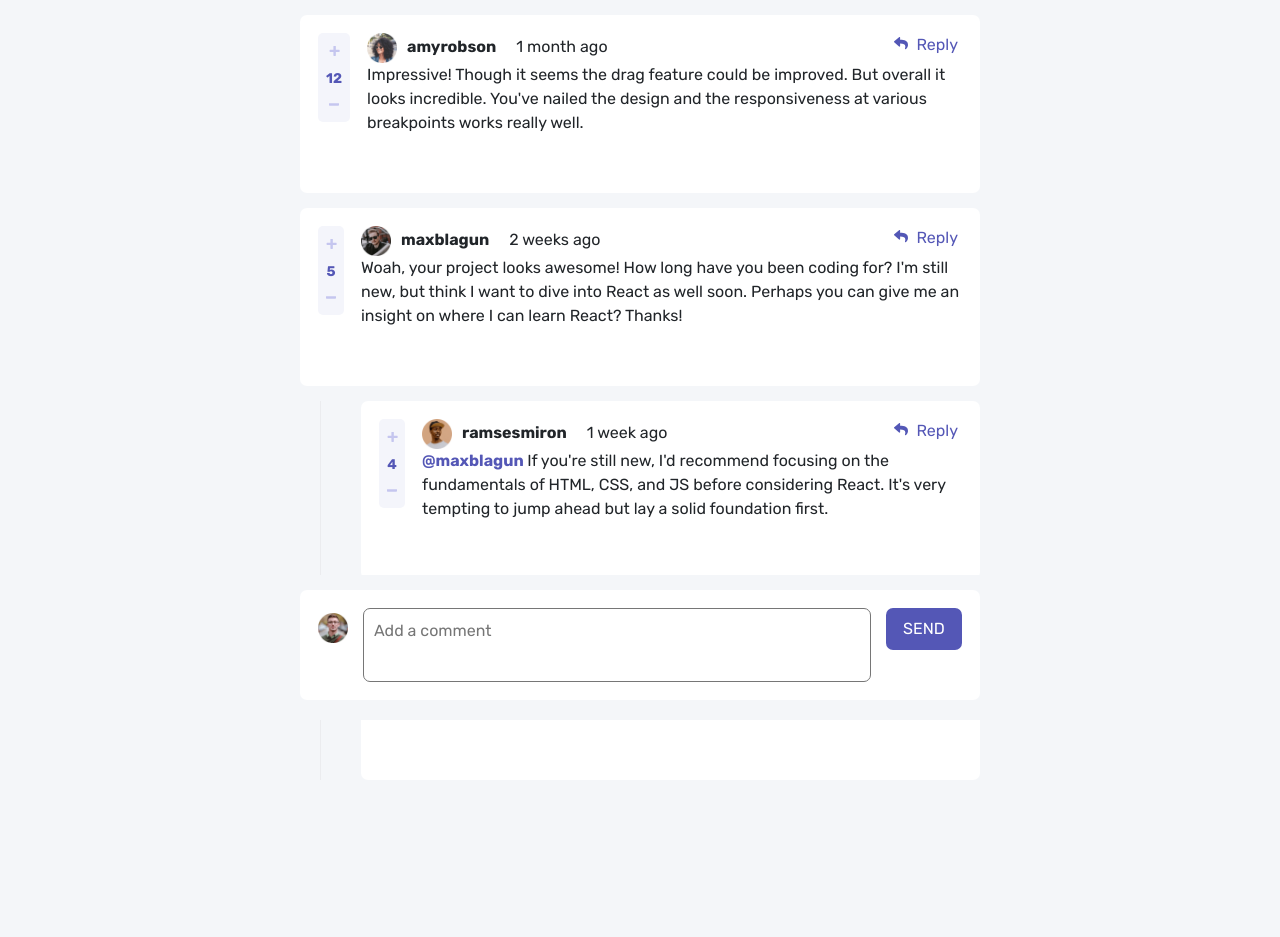
Repository: debaaah/interactive-comments-section-
Page: /
The author's editor kept a copy of each file at every save. The page is drawn from the files as they stood at one save, then again after the next save.
The browser window is 1280 px wide. The pictures show the whole page.
The project was rebuilt for these pictures with package versions that can differ from the ones it lists, and the page was loaded fresh each time.

Above is the page before, as saved 2022-04-29 01:00:46.

After the next save:
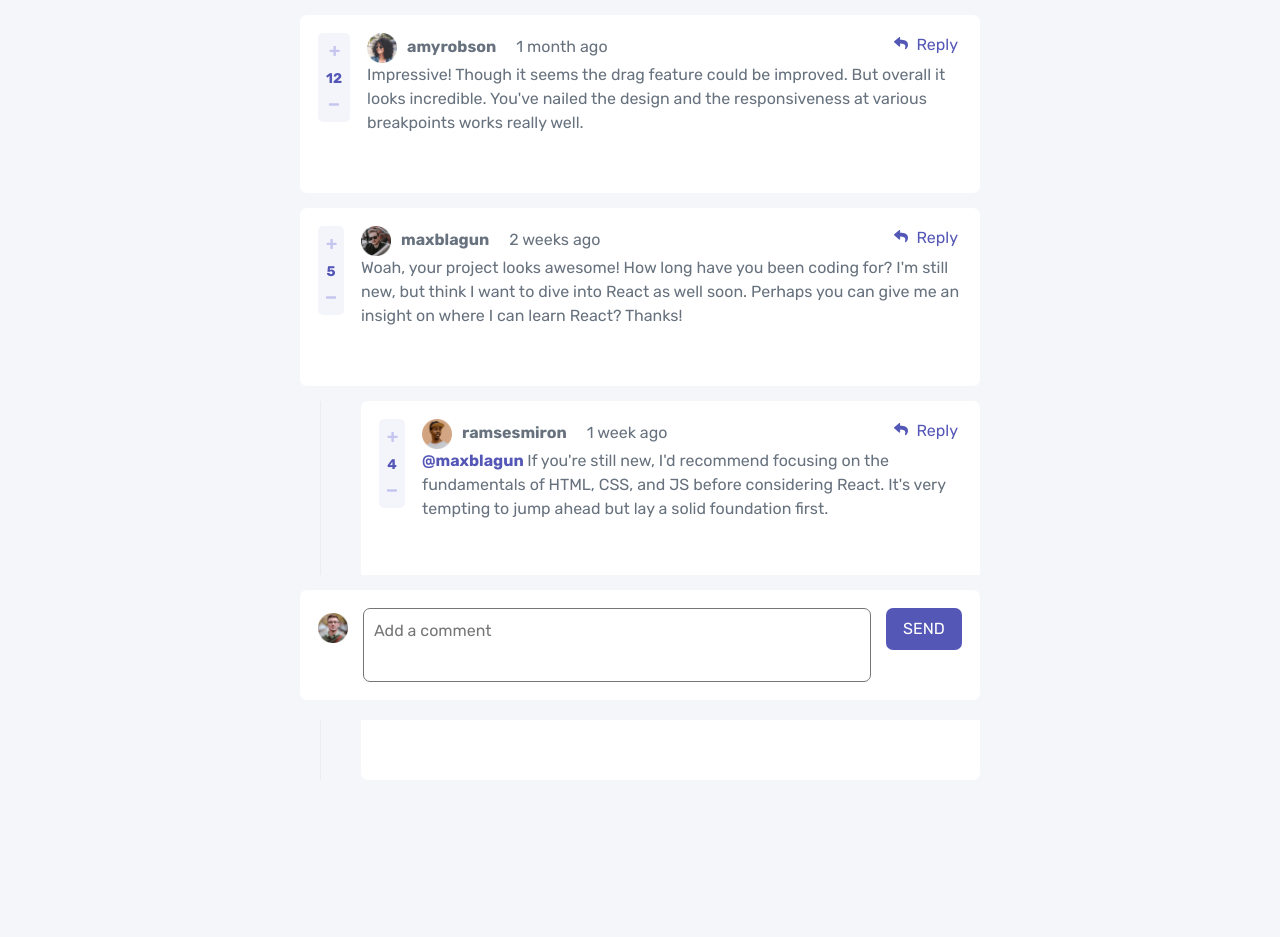
Saved 3 min 56 s later.
--- a/src/components/sass/style.scss
+++ b/src/components/sass/style.scss
@@ -5,11 +5,16 @@ $blueish: hsl(239, 57%, 85%);//#c4c5ec;
 $red:  hsl(358, 79%, 66%);//#ED6368;
 $reddish: hsl(357, 100%, 86%);//#f4bbc0;
 $bg: #f4f6f9;
-
+$Darkblue: hsl(212, 24%, 26%);
+$GrayishBlue: hsl(211, 10%, 45%);
+$Lightgray: hsl(223, 19%, 93%);
+$Verylightgray: hsl(228, 33%, 97%);
+$White: hsl(0, 0%, 100%);
 
 body{
     background-color: $bg;
     font-family: "Rubik", sans-serif;
+    color: $GrayishBlue;
 }
 .main{
     width: 90vw;
